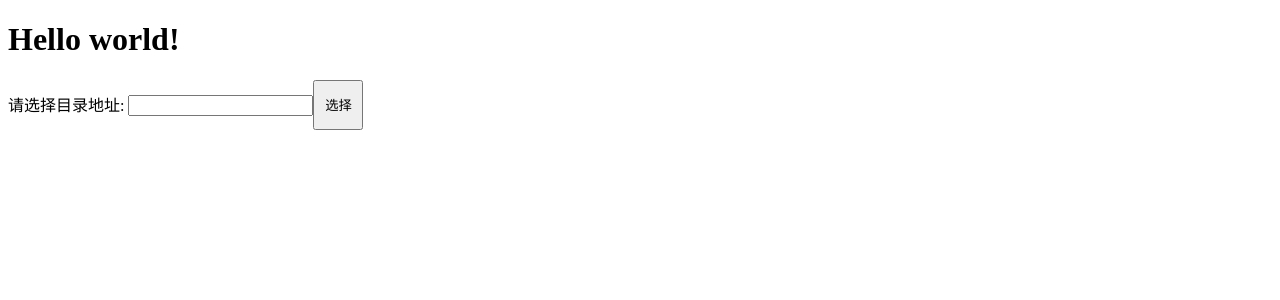
Repository: cjl1828103646/G25
Page: sqsx1/WebContent/index.html
The author's editor kept a copy of each file at every save. The page is drawn from the files as they stood at one save, then again after the next save.
The browser window is 1280 px wide. The pictures show the whole page.

Above is the page before, as saved 2023-06-26 11:57:18.

### sqsx1/WebContent/index.html
<!DOCTYPE html>
<html>
<head>
<meta charset="UTF-8">
<title>Insert title here</title>
</head>
<body>
<h1>Hello world!</h1>
<p>请选择目录地址:  <input type="text"><button id=bt1 style="height:50px;width:50px;">选择</button></p>
</body>
</html>

After the next save:
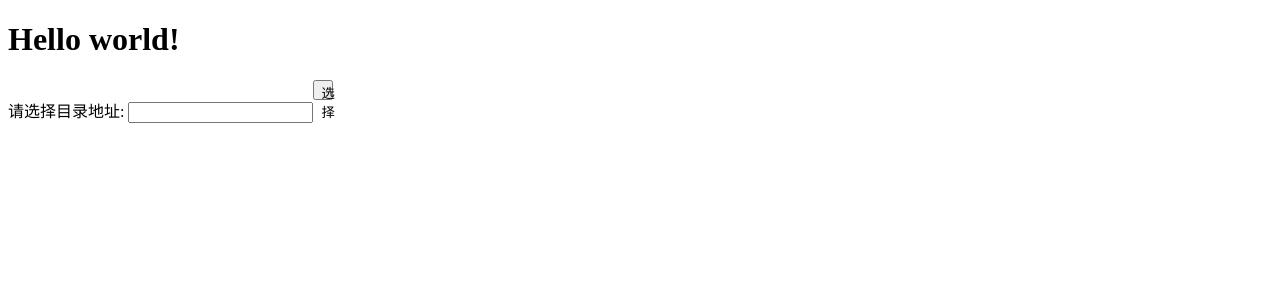
Saved 11 s later.
--- a/sqsx1/WebContent/index.html
+++ b/sqsx1/WebContent/index.html
@@ -6,6 +6,6 @@
 </head>
 <body>
 <h1>Hello world!</h1>
-<p>请选择目录地址:  <input type="text"><button id=bt1 style="height:50px;width:50px;">选择</button></p>
+<p>请选择目录地址:  <input type="text"><button id=bt1 style="height:20px;width:20px;">选择</button></p>
 </body>
 </html>
